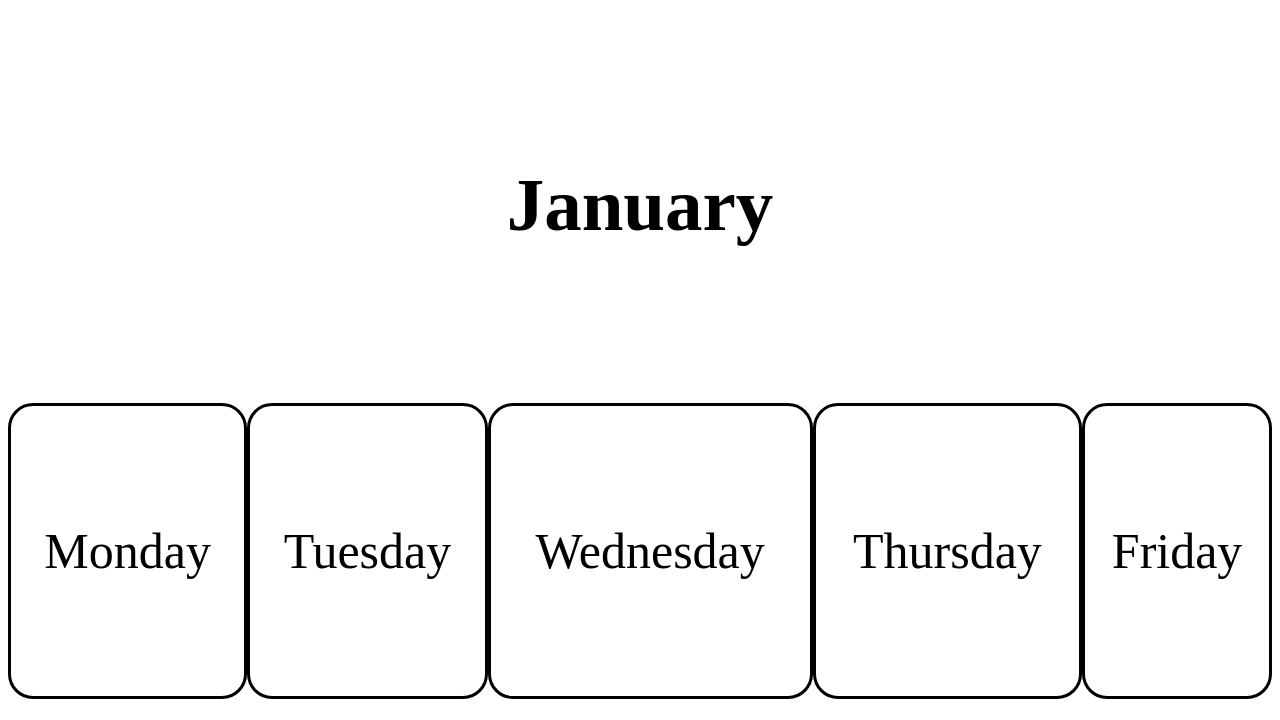
Repository: shleewhite/missionBitCalendar
Page: views/dec.html
The author's editor kept a record of every edit. The page is drawn from the files as they stood at one moment, then again after the next edit.
The browser window is 1280 px wide. The pictures show the whole page.

Above is the page before.

After the next edit:
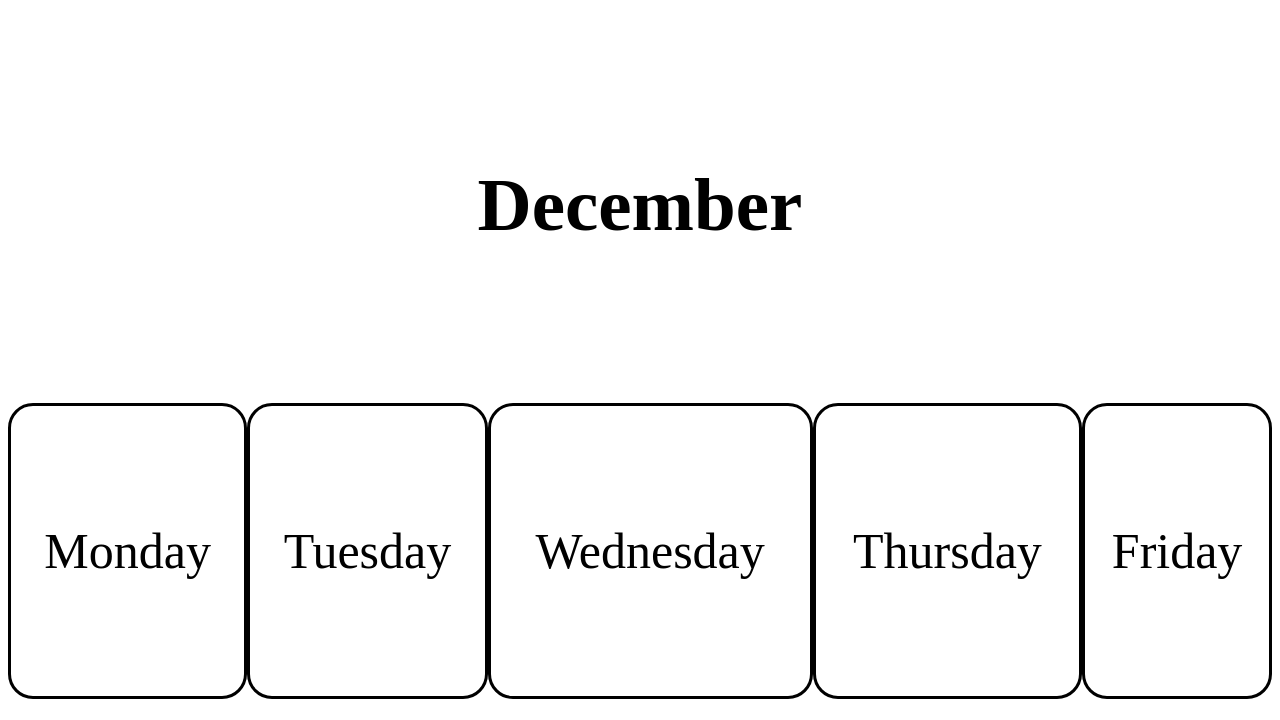
The edit:
--- a/views/dec.html
+++ b/views/dec.html
@@ -4,7 +4,7 @@
     <head></head>
     <body>
         <table id="monthTable">
-                <th class="monthHeader" colspan="5">January</th>
+                <th class="monthHeader" colspan="5">December</th>
             <tr>
                 <td class="weekday">Monday</td>
                 <td class="weekday">Tuesday</td>
